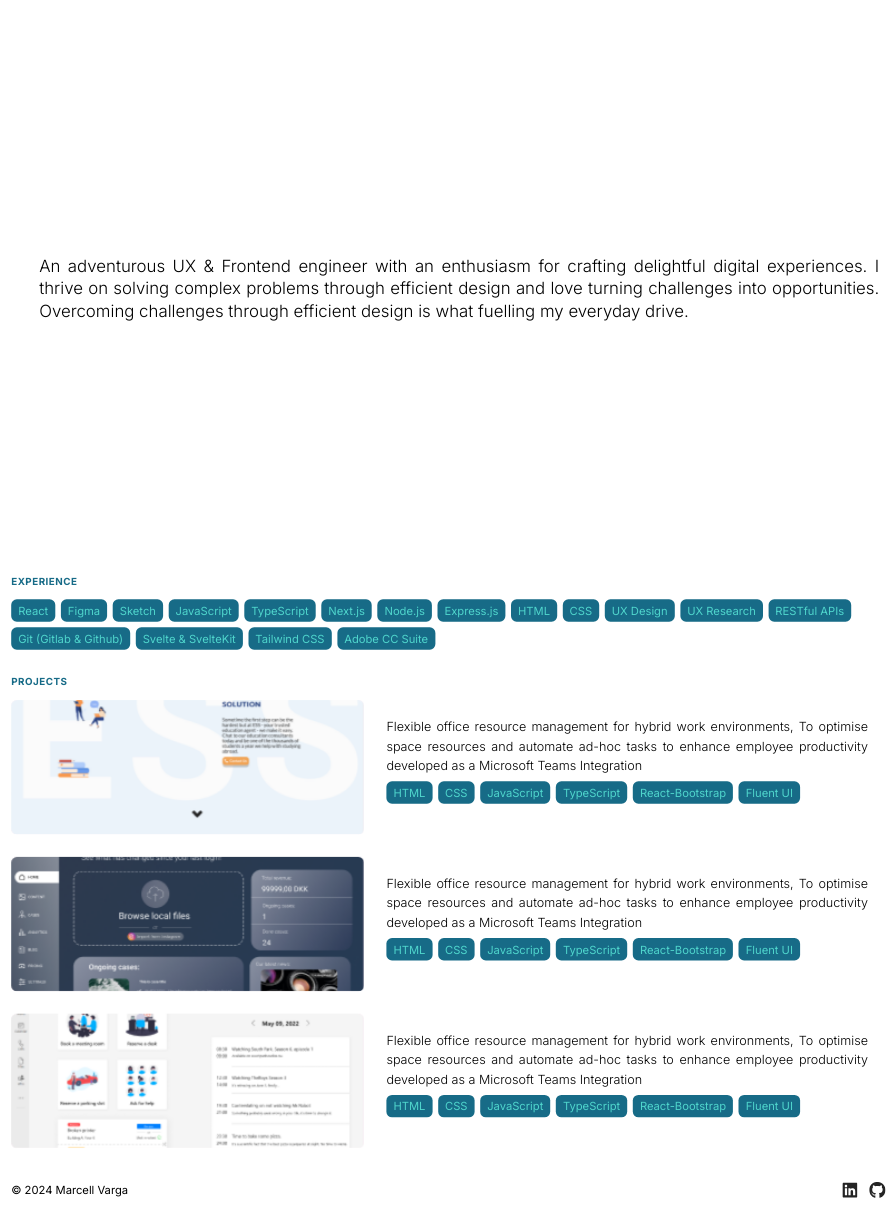
Repository: TheMarcellVarga/personal-portfolio-v.2
Page: /
These files come from the project's save history. The page is drawn as it stood at one moment and after a run of saves; the edit follows.
The browser window is 1280 px wide. The pictures show the part of the page from y = 753 to 2673 px (the page is 2481 px tall before and 2673 px after), at 70% of full size.
The project was rebuilt for these pictures with package versions that can differ from the ones it lists, and the page was loaded fresh each time. The framework's server and built-in components were replaced by stand-ins that run in the browser. Also part of the build but not shown: next.config.mjs.

Above is the page before, as saved 2024-04-25 01:03:49.

### app/layout.tsx
import type { Metadata } from "next";
import { Inter } from "next/font/google";
import "./globals.css";

const inter = Inter({ subsets: ["latin"] });

export const metadata: Metadata = {
  title: {
    template: "%s | Marcell Varga",
    default: "Marcell Varga",
  },
  description: "Marcell Varga Portfolio | UX & Frontend Engineer",
};
export default function RootLayout({
  children,
}: Readonly<{
  children: React.ReactNode;
}>) {
  return (
    <html lang="en">
      <body className={inter.className}>{children}</body>
    </html>
  );
}

### app/page.tsx
"use client";

import { useState } from "react";
import Link from "next/link";
import Image from "next/image";
import IndexSigAnimated from "../public/icons/indexSigAnimated";

// Header component
const Header = () => {
  const [isOpen, setIsOpen] = useState(false);

  return (
    <header className="flex justify-between items-center w-full">
      <div className="flex items-center">
        {/* Icon */}
        <Link href="/">
          <IndexSigAnimated />
        </Link>
      </div>
      <nav className="flex items-center">
        {/* Hamburger Menu */}
        <div
          className={`md:hidden z-2 ${isOpen ? "open" : ""}`}
          onClick={() => setIsOpen(!isOpen)}
        >
          <div className="w-6 h-0.5 bg-gray-800 mb-1"></div>
          <div className="w-6 h-0.5 bg-gray-800 mb-1"></div>
          <div className="w-6 h-0.5 bg-gray-800"></div>
        </div>
        {/* Navigation Links */}
        <div className={`nav-overlay ${isOpen ? "open" : ""}`}>
          <div className={`${isOpen ? "block" : "hidden"} md:flex space-x-4`}>
            <Link href="/about">
              <div
                className="text-sm font-medium"
                style={{ color: isOpen ? "#eeeeee" : "inherit" }}
              >
                About
              </div>
            </Link>
            <Link href="/work">
              <div
                className="text-sm font-medium"
                style={{ color: isOpen ? "#eeeeee" : "inherit" }}
              >
                Work
              </div>
            </Link>
            <Link href="/contact">
              <div
                className="text-sm font-medium"
                style={{ color: isOpen ? "#eeeeee" : "inherit" }}
              >
                Contact
              </div>
            </Link>
          </div>
        </div>
        <div className={`${isOpen ? "hidden" : "block"}`}>
          <div className={`${isOpen ? "block" : "hidden"} md:flex space-x-4`}>
            <Link href="/about">
              <div
                className="text-sm font-medium"
                style={{ color: isOpen ? "#eeeeee" : "inherit" }}
              >
                About
              </div>
            </Link>
            <Link href="/work">
              <div
                className="text-sm font-medium"
                style={{ color: isOpen ? "#eeeeee" : "inherit" }}
              >
                Work
              </div>
            </Link>
            <Link href="/contact">
              <div
                className="text-sm font-medium"
                style={{ color: isOpen ? "#eeeeee" : "inherit" }}
              >
                Contact
              </div>
            </Link>
          </div>
        </div>
      </nav>
    </header>
  );
};

// Footer component
const Footer = () => {
  return (
    <div className="flex w-full flex-row justify-between items-center">
      <div className="flex w-full">© 2024 Marcell Varga</div>
      <div className="flex space-x-4">
        <Image
          src="/icons/linkedin.svg"
          alt="Linkedin Icon"
          width={24}
          height={24}
        />
        <Image
          src="/icons/github.svg"
          alt="GitHub Icon"
          width={24}
          height={24}
        />
      </div>
    </div>
  );
};

const projects = [
  {
    title:
      "Flexible office resource management for hybrid work environments, To optimise space resources and automate ad-hoc tasks to enhance employee productivity developed as a Microsoft Teams Integration",
    description: "",
    skills: [
      "HTML",
      "CSS",
      "JavaScript",
      "TypeScript",
      "React-Bootstrap",
      "Fluent UI",
    ],
    link: "/", // Example link to the project details page
    image: "/images/ess-index.png", // Add the path to the image
  },
  {
    title:
      "Flexible office resource management for hybrid work environments, To optimise space resources and automate ad-hoc tasks to enhance employee productivity developed as a Microsoft Teams Integration",
    description: "",
    skills: [
      "HTML",
      "CSS",
      "JavaScript",
      "TypeScript",
      "React-Bootstrap",
      "Fluent UI",
    ],
    link: "/", // Example link to the project details page
    image: "/images/catchscan-index.png", // Add the path to the image
  },
  {
    title:
      "Flexible office resource management for hybrid work environments, To optimise space resources and automate ad-hoc tasks to enhance employee productivity developed as a Microsoft Teams Integration",
    description: "",
    skills: [
      "HTML",
      "CSS",
      "JavaScript",
      "TypeScript",
      "React-Bootstrap",
      "Fluent UI",
    ],
    link: "/", // Example link to the project details page
    image: "/images/askcody-index.png", // Add the path to the image
  },
  // Add more projects here
];

export default function Page() {
  return (
    <div className="m-4">
      <Header />
      <main className="flex flex-col items-center justify-between h-screen m-4 gap-1 w-full">
        <div className="flex-grow pb-12 w-full flex flex-col items-center justify-center gap-">
          <div className="flex flex-row w-full text-7xl font-medium items-center justify-start">
            Hey, I'm&nbsp;
            <span className="text-custom-blue font-bold">Marcell Varga</span>
          </div>
          <div className="flex w-full text-4xl font-light items-center justify-start my-2">
            UX & Frontend engineer
          </div>
        </div>
        <div className="pb-32 flex flex-col items-center justify-start">
          <Image
            className="animate-moveDown"
            src="/icons/mouseScroll.svg"
            alt="Scroll your mouse down Icon"
            width={30}
            height={30}
          />
        </div>
      </main>
      {/* Drive Section */}
      <section className="flex flex-col items-center justify-between h-screen m-4 gap-1 w-full">
        <div className="flex w-full h-screen text-5xl font-medium items-center justify-start">
          <h2 className="text-2xl font-light text-justify m-6">
            An adventurous UX & Frontend engineer with an enthusiasm for
            crafting delightful digital experiences. I thrive on solving complex
            problems through efficient design and love turning challenges into
            opportunities. Overcoming challenges through efficient design is
            what fuelling my everyday drive.
          </h2>
        </div>
      </section>
      <section className="flex flex-col items-center justify-between my-4 gap-1 w-full">
        {/* New Experience Section */}
        <article className="mt-8 w-full">
          <h2 className="text-custom-blue text-sm font-bold mb-4 tracking-wider uppercase">
            Experience
          </h2>
          <div className="flex flex-wrap gap-2">
            {[
              "React",
              "Figma",
              "Sketch",
              "JavaScript",
              "TypeScript",
              "Next.js",
              "Node.js",
              "Express.js",
              "HTML",
              "CSS",
              "UX Design",
              "UX Research",
              "RESTful APIs",
              "Git (Gitlab & Github)",
              "Svelte & SvelteKit",
              "Tailwind CSS",
              "Adobe CC Suite",
            ].map((skill) => (
              <div
                key={skill}
                className="bg-custom-blue text-custom-teal px-2.5 py-1 rounded-lg"
              >
                {skill}
              </div>
            ))}
          </div>
        </article>
        <article className="my-8 w-full">
          <h2 className="text-custom-blue text-sm font-bold mb-4 tracking-wider uppercase">
            Projects
          </h2>
          <div className="flex flex-col gap-8">
            {projects.map((project) => (
              <div key={project.title} className="flex gap-2">
                <div className="w-full h-full relative rounded-lg overflow-hidden y-5">
                  <div className="bg-pink-100 h-48">
                    <Image
                      src={project.image} // Use the image path from the project object
                      alt={project.title} // Use the project title as the alt text
                      layout="fill" // Make the image fill its container
                      objectFit="cover" // Adjust the image's aspect ratio to cover the container
                    />
                  </div>
                </div>
                <div className="flex flex-col m-6 gap-2">
                  <Link
                    href={project.link}
                    className="text-lg font-light text-justify"
                  >
                    <div>{project.title}</div>
                    <div>{project.description}</div>
                  </Link>
                  <div className="flex flex-wrap gap-2">
                    {project.skills.map((skill) => (
                      <div
                        key={skill}
                        className="bg-custom-blue text-custom-teal px-2.5 py-1 rounded-lg"
                      >
                        {skill}
                      </div>
                    ))}
                  </div>
                </div>
              </div>
            ))}
          </div>
        </article>
      </section>
      <Footer />
    </div>
  );
}

### app/globals.css
@tailwind base;
@tailwind components;
@tailwind utilities;

/* :root {
  --foreground-rgb: 0, 0, 0;
  --background-start-rgb: 214, 219, 220;
  --background-end-rgb: 255, 255, 255;
}

@media (prefers-color-scheme: dark) {
  :root {
    --foreground-rgb: 255, 255, 255;
    --background-start-rgb: 0, 0, 0;
    --background-end-rgb: 0, 0, 0;
  }
}

body {
  color: rgb(var(--foreground-rgb));
  background: linear-gradient(
      to bottom,
      transparent,
      rgb(var(--background-end-rgb))
    )
    rgb(var(--background-start-rgb));
}

@layer utilities {
  .text-balance {
    text-wrap: balance;
  }
} */

@-webkit-keyframes animate-svg-stroke-1 {
  0% {
    stroke-dashoffset: 210.06117248535156px;
    stroke-dasharray: 210.06117248535156px;
  }

  100% {
    stroke-dashoffset: 420.1223449707031px;
    stroke-dasharray: 210.06117248535156px;
  }
}

@keyframes animate-svg-stroke-1 {
  0% {
    stroke-dashoffset: 210.06117248535156px;
    stroke-dasharray: 210.06117248535156px;
  }

  100% {
    stroke-dashoffset: 420.1223449707031px;
    stroke-dasharray: 210.06117248535156px;
  }
}

.svg-elem-1 {
  -webkit-animation: animate-svg-stroke-1 1s ease-in-out 1s both;
  animation: animate-svg-stroke-1 1s ease-in-out 1s both;
}

@-webkit-keyframes animate-svg-stroke-2 {
  0% {
    stroke-dashoffset: 798.271240234375px;
    stroke-dasharray: 798.271240234375px;
  }

  100% {
    stroke-dashoffset: 1596.54248046875px;
    stroke-dasharray: 798.271240234375px;
  }
}

@keyframes animate-svg-stroke-2 {
  0% {
    stroke-dashoffset: 798.271240234375px;
    stroke-dasharray: 798.271240234375px;
  }

  100% {
    stroke-dashoffset: 1596.54248046875px;
    stroke-dasharray: 798.271240234375px;
  }
}

.svg-elem-2 {
  -webkit-animation: animate-svg-stroke-2 1s ease-in-out 1.12s both;
  animation: animate-svg-stroke-2 1s ease-in-out 1.12s both;
}

@-webkit-keyframes animate-svg-stroke-3 {
  0% {
    stroke-dashoffset: 2px;
    stroke-dasharray: 2px;
  }

  100% {
    stroke-dashoffset: 4px;
    stroke-dasharray: 2px;
  }
}

@keyframes animate-svg-stroke-3 {
  0% {
    stroke-dashoffset: 2px;
    stroke-dasharray: 2px;
  }

  100% {
    stroke-dashoffset: 4px;
    stroke-dasharray: 2px;
  }
}

.svg-elem-3 {
  -webkit-animation: animate-svg-stroke-3 1s ease-in-out 1.24s both;
  animation: animate-svg-stroke-3 1s ease-in-out 1.24s both;
}

/* CSS for the overlay */
.nav-overlay {
  position: fixed;
  top: 0;
  right: 0;
  width: 80%; /* Adjust the width as needed */
  height: 100%;
  background-color: rgba(23, 107, 135, 1); /* Semi-transparent background */
  transform: translateX(100%); /* Hidden off-screen to the right */
  transition: transform 0.3s ease-out; /* Smooth transition */
  display: flex;
  flex-direction: column;
  justify-content: center;
  align-items: center;
  padding: 2rem;
  z-index: 2; /* Ensure it's above other content */
}

.nav-overlay.open {
  transform: translateX(0); /* Slide in from the right */
}

/* Hamburger menu with increased z-index when open */
.md\:hidden {
  cursor: pointer;
  z-index: 2; /* Default z-index */
}

.md\:hidden.open {
  z-index: 5; /* Increased z-index when open */
}

/* Hamburger menu lines */
.md\:hidden > div {
  transition: all 0.3s ease;
}

/* Top line of the hamburger menu */
.md\:hidden > div:nth-child(1) {
  transform-origin: center;
}

/* Middle line of the hamburger menu */
.md\:hidden > div:nth-child(2) {
  transform-origin: center;
}

/* Bottom line of the hamburger menu */
.md\:hidden > div:nth-child(3) {
  transform-origin: center;
}

/* Animation for the hamburger menu to become a cross */
.md\:hidden.open > div:nth-child(1) {
  transform: rotate(45deg);
}

.md\:hidden.open > div:nth-child(2) {
  opacity: 0;
}

.md\:hidden.open > div:nth-child(3) {
  transform: rotate(-45deg);
}

/* Hamburger menu with increased z-index when open */
.md\:hidden {
  cursor: pointer;
  z-index: 2; /* Default z-index */
}

.md\:hidden.open {
  z-index: 5; /* Increased z-index when open */
}

/* CSS for the close button */
.close-btn {
  position: absolute;
  top: 1rem;
  right: 1rem;
  background: none;
  border: none;
  font-size: 1.5rem;
  color: #fff;
  cursor: pointer;
}

@keyframes moveDown {
  0% {
    transform: translateY(0);
  }
  100% {
    transform: translateY(10px); /* Adjust the value as needed */
  }
}

.animate-moveDown {
  animation: moveDown 2s infinite alternate ease-in-out; /* Adjust the duration as needed */
}

### public/icons/indexSigAnimated.tsx
import React from 'react';

const IndexSigIcon: React.FC = () => {
 return (
    <svg className="svg-elem-1" width="85" height="37" viewBox="0 0 85 37" fill="none" xmlns="http://www.w3.org/2000/svg">
      <g clipPath="url(#clip0_18_152)">
        <path d="M0.396973 36.3291C0.396973 36.3291 1.80464 21.811 13.6633 7.89246" stroke="#053B50" strokeLinecap="round" strokeLinejoin="round"/>
        <path d="M84.6029 0.378418C83.4907 1.72562 28.5188 31.0478 28.5188 31.0478C34.2765 18.2493 39.5275 5.38881 37.4414 4.87415C37.3274 4.8523 37.2096 4.85749 37.0982 4.88928C31.574 6.017 19.8186 16.4677 17.715 17.2805C17.665 17.3015 17.6107 17.3113 17.5561 17.3093C16.4821 17.2881 15.8514 13.5856 15.4907 9.68776" stroke="#053B50" strokeLinecap="round" strokeLinejoin="round"/>
      </g>
      <defs>
        <clipPath id="clip0_18_152">
          <rect width="85" height="36.7076" fill="white"/>
        </clipPath>
      </defs>
    </svg>
 );
};

export default IndexSigIcon;

### tailwind.config.ts
import type { Config } from "tailwindcss";

const config: Config = {
  content: [
    "./pages/**/*.{js,ts,jsx,tsx,mdx}",
    "./components/**/*.{js,ts,jsx,tsx,mdx}",
    "./app/**/*.{js,ts,jsx,tsx,mdx}",
  ],
  theme: {
    extend: {
      backgroundImage: {
        "gradient-radial": "radial-gradient(var(--tw-gradient-stops))",
        "gradient-conic":
          "conic-gradient(from 180deg at 50% 50%, var(--tw-gradient-stops))",
      },
      colors: {
        "custom-blue": "#176B87",
        "custom-teal": "#4FD5CC",
      },
    },
  },
  plugins: [],
};

export default config;

After the next 4 saves:
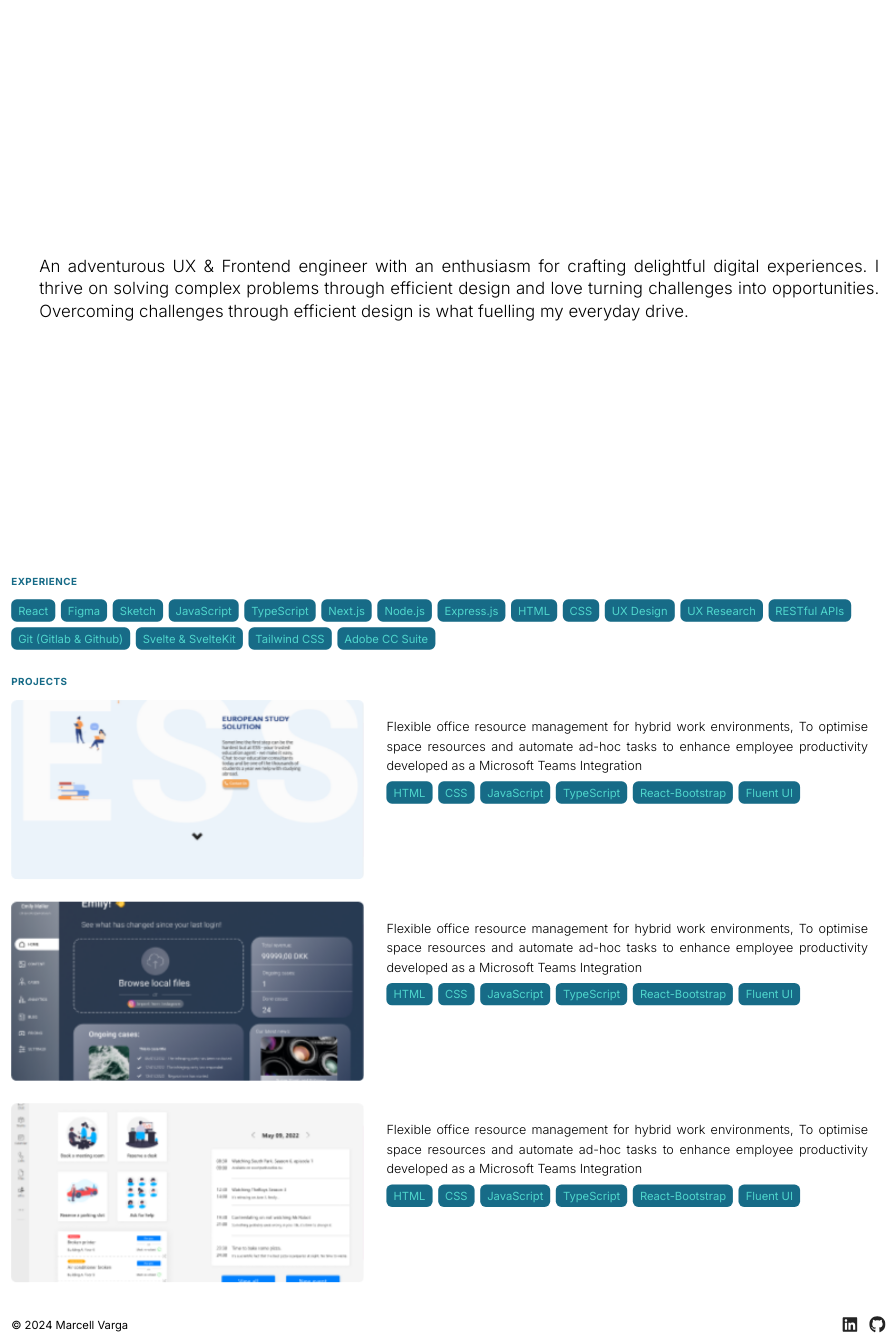
The 4 saves are shown as one change because they came seconds apart.
The last was saved 16 s later.
--- a/app/page.tsx
+++ b/app/page.tsx
@@ -239,7 +239,7 @@
           <div className="flex flex-col gap-8">
             {projects.map((project) => (
               <div key={project.title} className="flex gap-2">
-                <div className="w-full h-full relative rounded-lg overflow-hidden y-5">
+                <div className="w-full h-full relative rounded-lg overflow-hidden y-5 py-8">
                   <div className="bg-pink-100 h-48">
                     <Image
                       src={project.image} // Use the image path from the project object

After the save that followed:
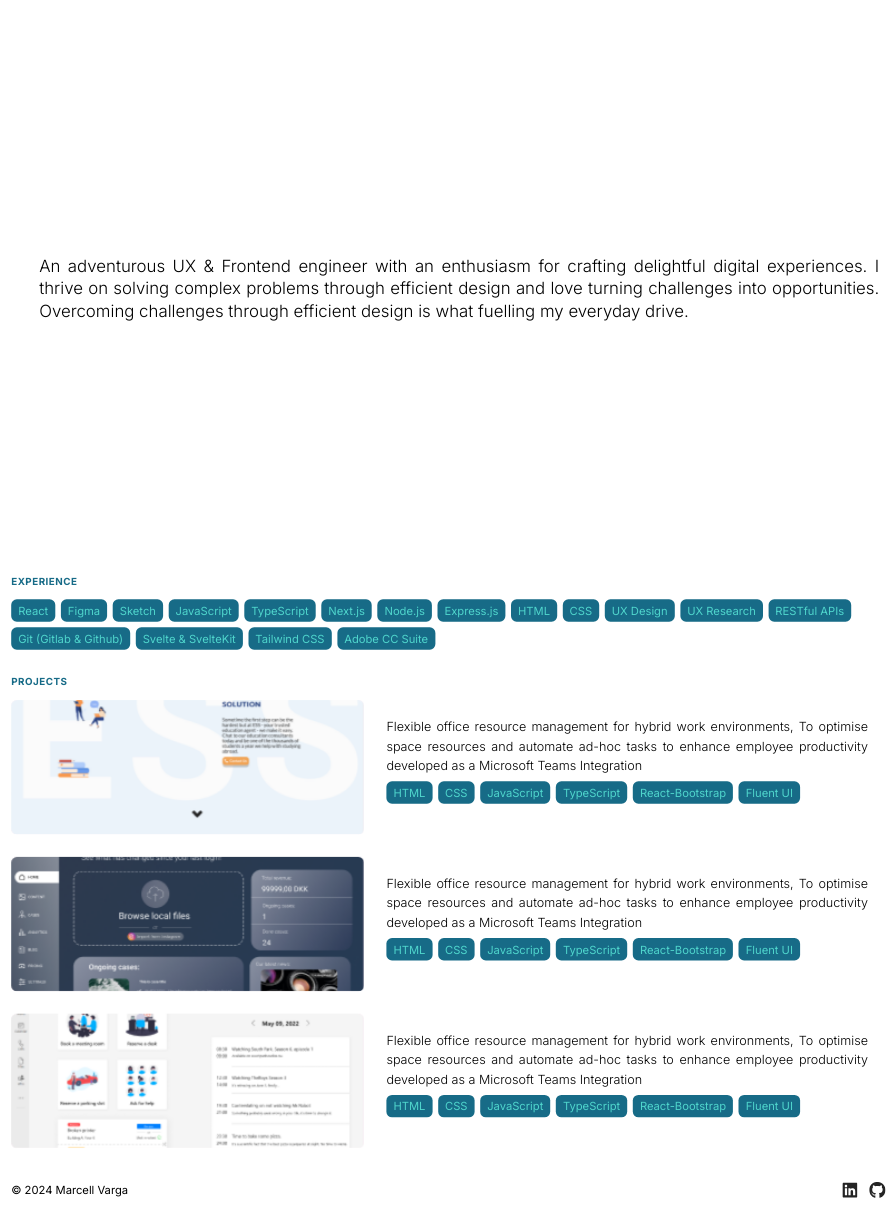
Saved 6 s later.
--- a/app/page.tsx
+++ b/app/page.tsx
@@ -239,7 +239,7 @@
           <div className="flex flex-col gap-8">
             {projects.map((project) => (
               <div key={project.title} className="flex gap-2">
-                <div className="w-full h-full relative rounded-lg overflow-hidden y-5 py-8">
+                <div className="w-full h-full relative rounded-lg overflow-hidden y-5">
                   <div className="bg-pink-100 h-48">
                     <Image
                       src={project.image} // Use the image path from the project object
